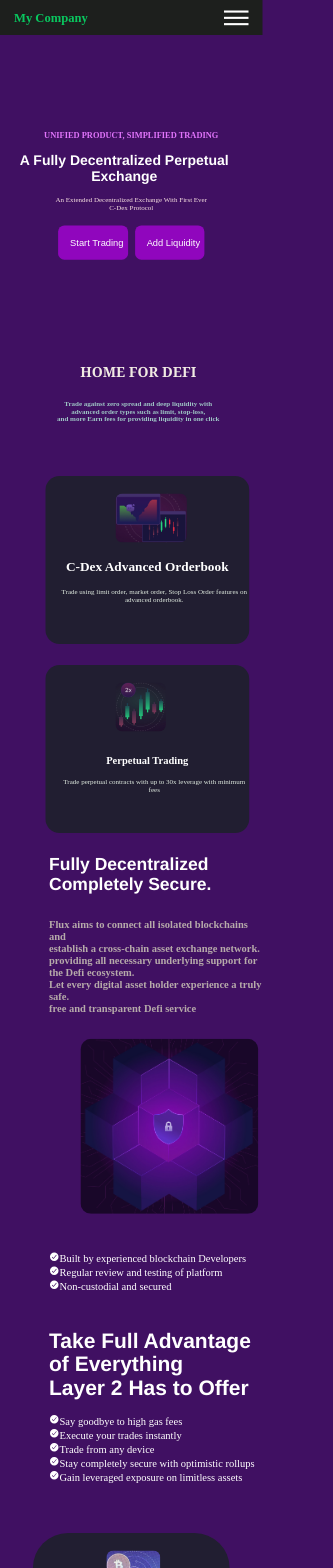
Repository: Tobby004/Flux-figma
Page: index.html
These files come from the project's save history. The page is drawn as it stood at one moment and after the next save; the edit follows.
The browser window is 375 px wide. The page is 475 px wide, so the pictures cover 475 px, including what lies to the right of the window. The pictures show the part of the page from y = 0 to 2240 px (the page is 2881 px tall before and 2891 px after), at 70% of full size.

Above is the page before, as saved 2023-05-02 01:44:24.

After the next save:
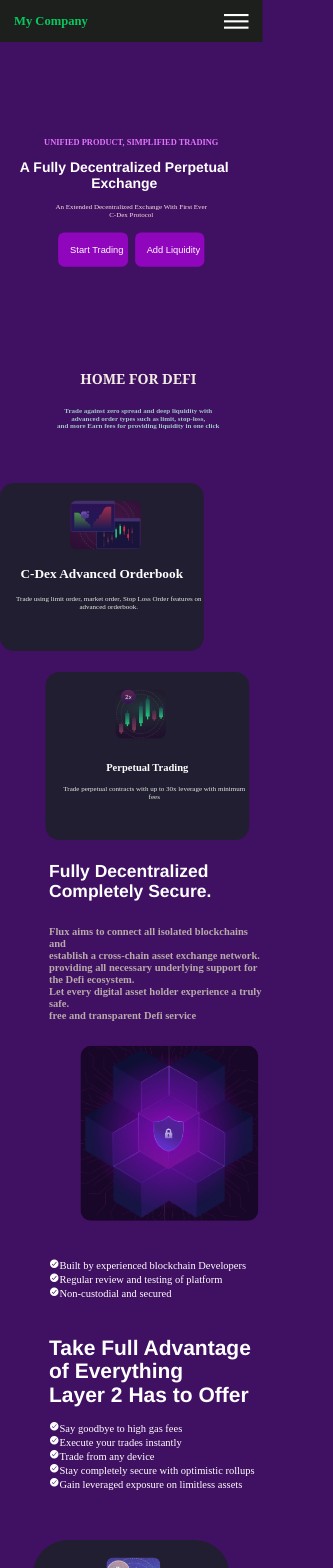
Saved 4 min 24 s later.
--- a/style.css
+++ b/style.css
@@ -11,7 +11,7 @@ body {
 header{
     padding: 0 20px;
     background-color: #1d1f1d;
-    height: 50px;
+    height: 60px;
     display: flex;
     justify-content: space-between;
   }
@@ -323,7 +323,7 @@ p {
     margin-top: 30px;
     height: 240px;
     width: 80%;
-    margin-left: 65px;
+
 }
  .box1 img {
     height: 70px;
